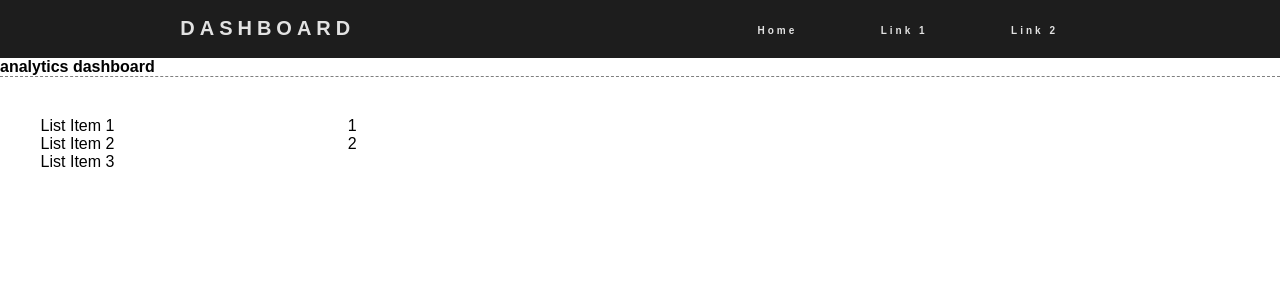
Repository: nourabdelhakam/drag-drop
Page: index.html
The author's editor kept a copy of each file at every save. The page is drawn from the files as they stood at one save, then again after the next save.
The browser window is 1280 px wide. The pictures show the whole page.

Above is the page before, as saved 2020-07-03 09:10:50.

After the next save:
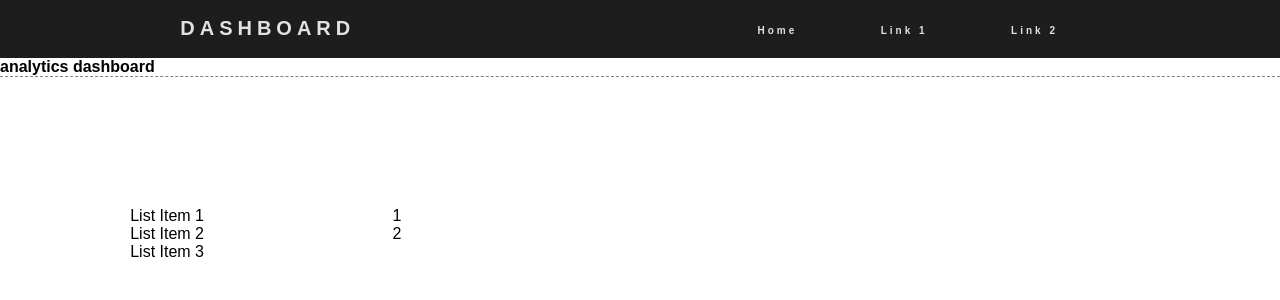
Saved 30 s later.
--- a/css/main.css
+++ b/css/main.css
@@ -8,7 +8,7 @@ body {
 }
 .container {
     border-top: 1px dashed gray;
-    padding: 2%;
+    padding: 9%;
 }
 .left {
     width: 25%;
